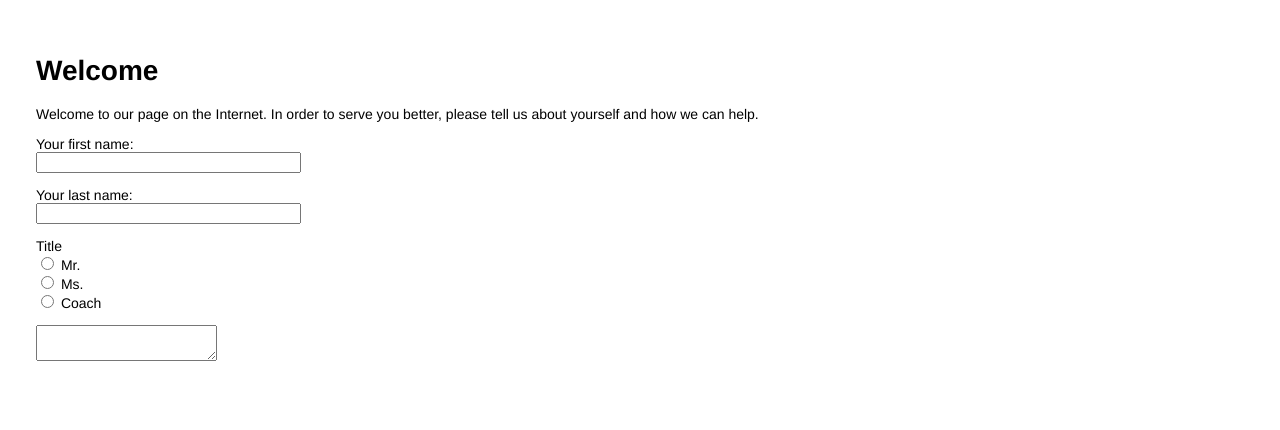
Repository: alboss/bit-175
Page: docs/customer-service.html
These files come from the project's save history. The page is drawn as it stood at one moment and after a run of saves; the edit follows.
The browser window is 1280 px wide. The pictures show the whole page.

Above is the page before, as saved 2023-04-19 14:27:12.

After the next 2 saves:
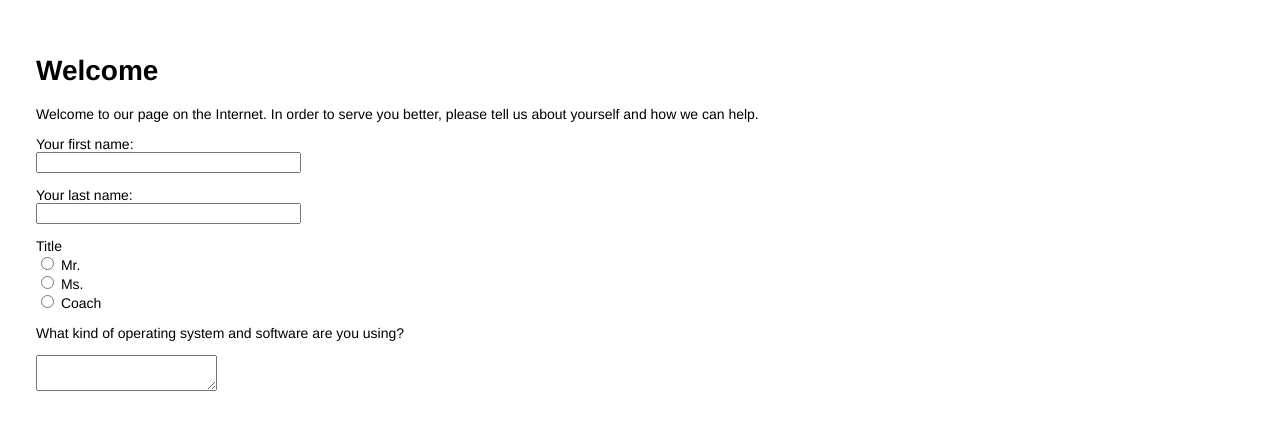
The 2 saves are shown as one change because they came seconds apart.
The last was saved 14 s later.
--- a/docs/customer-service.html
+++ b/docs/customer-service.html
@@ -22,7 +22,7 @@
 <input type="radio" id="coach" name="title" value="Coach">
 <label for="coach">Coach</label></p>
 <div id="software">
-    <p></p>
+    <p>What kind of operating system and software are you using?</p>
     <textarea id=""></textarea>
 </div>
 
